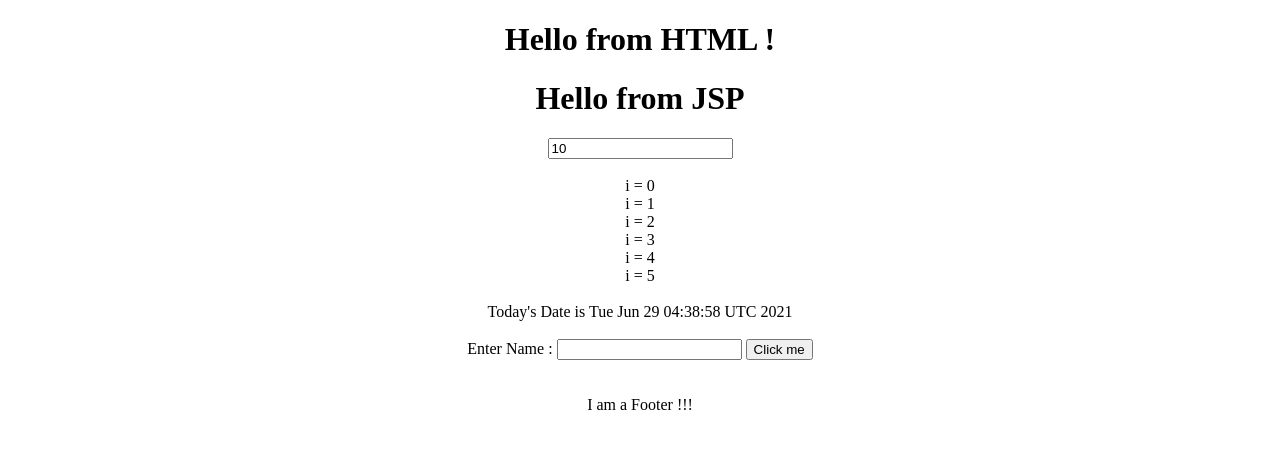
Repository: StarCoder09/JavaWorkspace
Page: http://localhost/JSP_demo/
These files come from the project's save history. The page is drawn as it stood at one moment and after the next save; the edit follows.
The browser window is 1280 px wide. The pictures show the whole page.
The page is served by Tomcat 9. Other server files are loaded and not shown.

Above is the page before, as saved 2021-07-01 05:47:00.

### JSP_demo/src/main/webapp/index.jsp
<%@ page import="java.util.Date" %>
<%@ page language="java" contentType="text/html; charset=ISO-8859-1"
    pageEncoding="ISO-8859-1"%>
<!DOCTYPE html>
<html>
	<head>
		<meta charset="ISO-8859-1">
		<title>JSP Demo</title>
	</head>
	<body>
		<div align="center">
			<h1>Hello from HTML !</h1>
			<%= "<h1>Hello from JSP</h1>" %>

			<%
				int x=10;
			%>
			<input type="text" value="<%= x %>"><br/><br/>

			<%
				for(int i=0;i<=5;i++){
					out.print("i = " + i + "<br/>");
				}
			%>
			<br/>
			Today's Date is <%= new Date() %>
			<%--JSP Implicit Objects
				out - JspWriter
				application - ServletContext
				config - ServletConfig
				page - Object
				pageContext - PageContext
				Exception - Throwable
				request - HttpServletRequest
				response - HttpServletResponse

			 --%>
			 <br/><br/>
			 <form action="">
			 	Enter Name : <input type="text" name="fname">
			 	<input type="submit" value="Click me" name="click">
			 </form>

			 <br/><br/>
			 <%
			 	if(request.getParameter("click") != null) {
			 		out.print("Hello " + request.getParameter("fname"));
			 	}
			 %>
		</div>
		<%@include file="footer.html" %>
	</body>
</html>

### JSP_demo/src/main/webapp/footer.html
<div align="center">
	I am a Footer !!!<br/><br/>
</div>

After the next save:
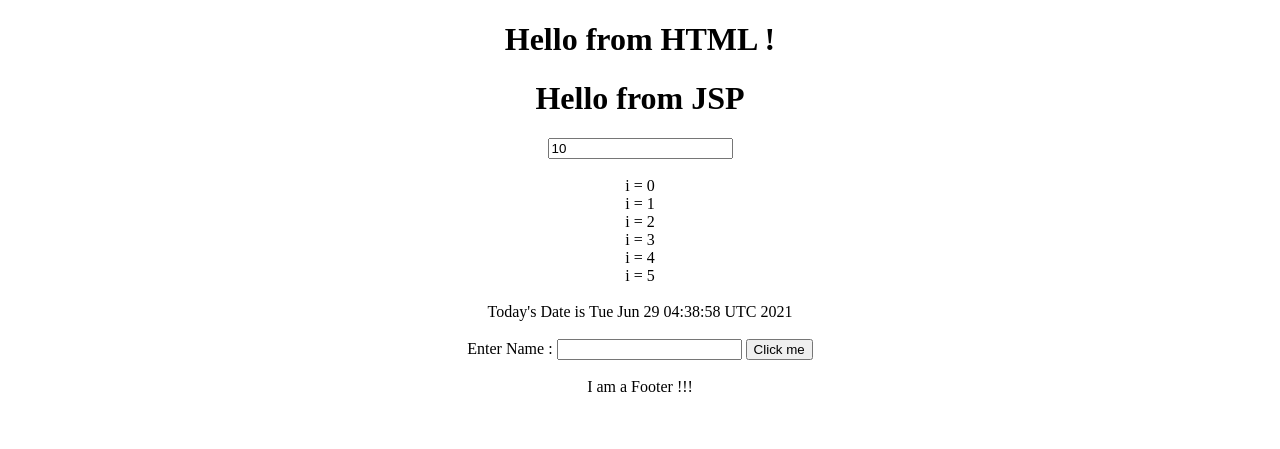
Saved 23 s later.
--- a/JSP_demo/src/main/webapp/index.jsp
+++ b/JSP_demo/src/main/webapp/index.jsp
@@ -40,8 +40,8 @@
 			 	Enter Name : <input type="text" name="fname">
 			 	<input type="submit" value="Click me" name="click">
 			 </form>
+			 <br/>
 
-			 <br/><br/>
 			 <%
 			 	if(request.getParameter("click") != null) {
 			 		out.print("Hello " + request.getParameter("fname"));

After the save that followed:
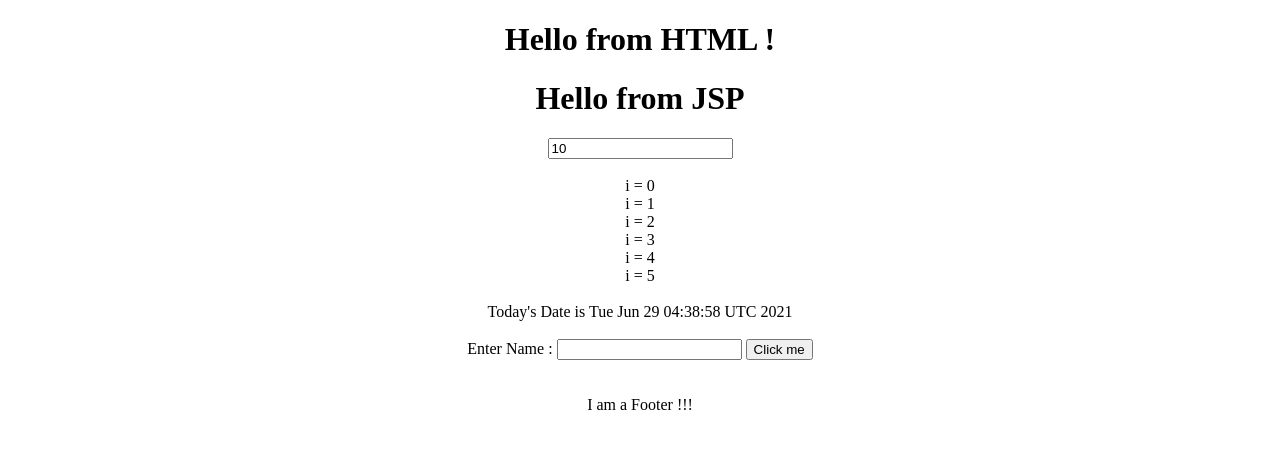
Saved 30 s later.
--- a/JSP_demo/src/main/webapp/index.jsp
+++ b/JSP_demo/src/main/webapp/index.jsp
@@ -40,7 +40,7 @@
 			 	Enter Name : <input type="text" name="fname">
 			 	<input type="submit" value="Click me" name="click">
 			 </form>
-			 <br/>
+			 <br/><br/>
 
 			 <%
 			 	if(request.getParameter("click") != null) {
